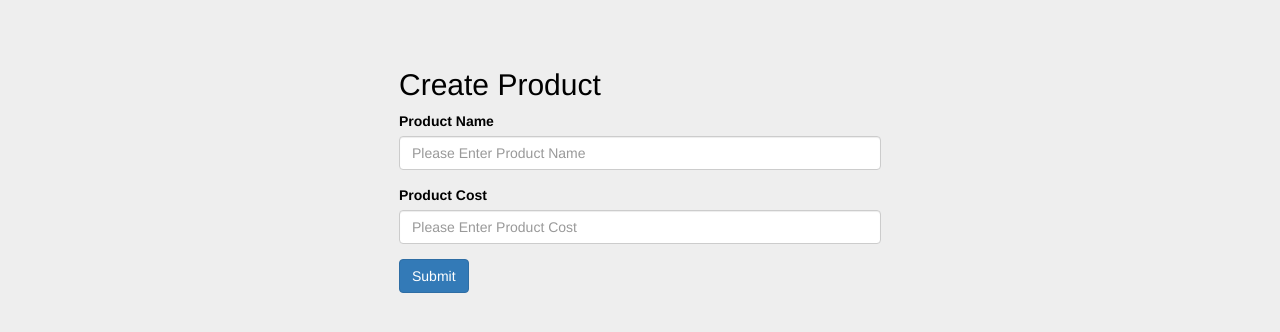
Repository: krutishilp/Sample
Page: http://localhost/productmanagement-webapp/createProduct.jsp
These files come from the project's save history. The page is drawn as it stood at one moment and after the next save; the edit follows.
The browser window is 1280 px wide. The pictures show the whole page.
The page is served by Tomcat 9. Other server files are loaded and not shown.

Above is the page before, as saved 2020-09-04 14:18:51.

### JAVA-Eclipse-workspace/productmanagement-webapp/src/main/webapp/createProduct.jsp
<!DOCTYPE html>
<html>
<head>
<meta charset="ISO-8859-1">
<title>Place an Product</title>
<!-- Latest compiled and minified CSS -->
<link rel="stylesheet"
	href="https://maxcdn.bootstrapcdn.com/bootstrap/3.3.7/css/bootstrap.min.css"
	integrity="sha384-BVYiiSIFeK1dGmJRAkycuHAHRg32OmUcww7on3RYdg4Va+PmSTsz/K68vbdEjh4u"
	crossorigin="anonymous">

<style type="text/css">
.container {
	width: 40%;
	align-items: center;
}
</style>
</head>
<body class="jumbotron">
	<div class="container">
		<div>
			<h2>Create Product</h2>
		</div>
		<form action="product" method="post">
			<div class="form-group">
				<label for="productname">Product Name</label> <input type="text"
					class="form-control" id="productname" placeholder="Please Enter Product Name"
					name="productName" required="required">
			</div>

			<div class="form-group">
				<label for="productcost">Product Cost</label> <input type="number"
					class="form-control" id="productcost" placeholder="Please Enter Product Cost"
					name="productCost" required="required">
			</div>
			<div class="form-group">
				<input type="hidden" class="form-control" name="createProduct" required="required">
			</div>

			<div class="form-group">
				<input type="submit" class="btn btn-primary">
			</div>

		</form>
	</div>
</body>
</html>

After the next save:
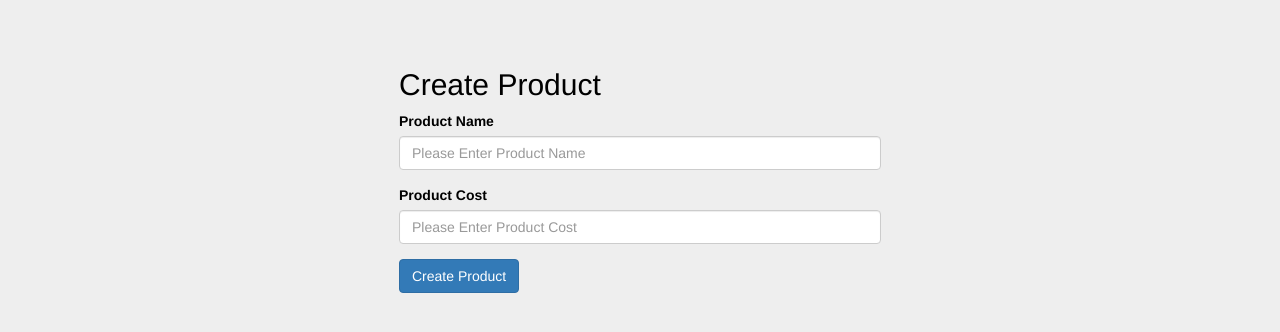
Saved 34 min 37 s later.
--- a/JAVA-Eclipse-workspace/productmanagement-webapp/src/main/webapp/createProduct.jsp
+++ b/JAVA-Eclipse-workspace/productmanagement-webapp/src/main/webapp/createProduct.jsp
@@ -38,7 +38,7 @@
 			</div>
 
 			<div class="form-group">
-				<input type="submit" class="btn btn-primary">
+				<input type="submit" class="btn btn-primary" value="Create Product">
 			</div>
 
 		</form>
